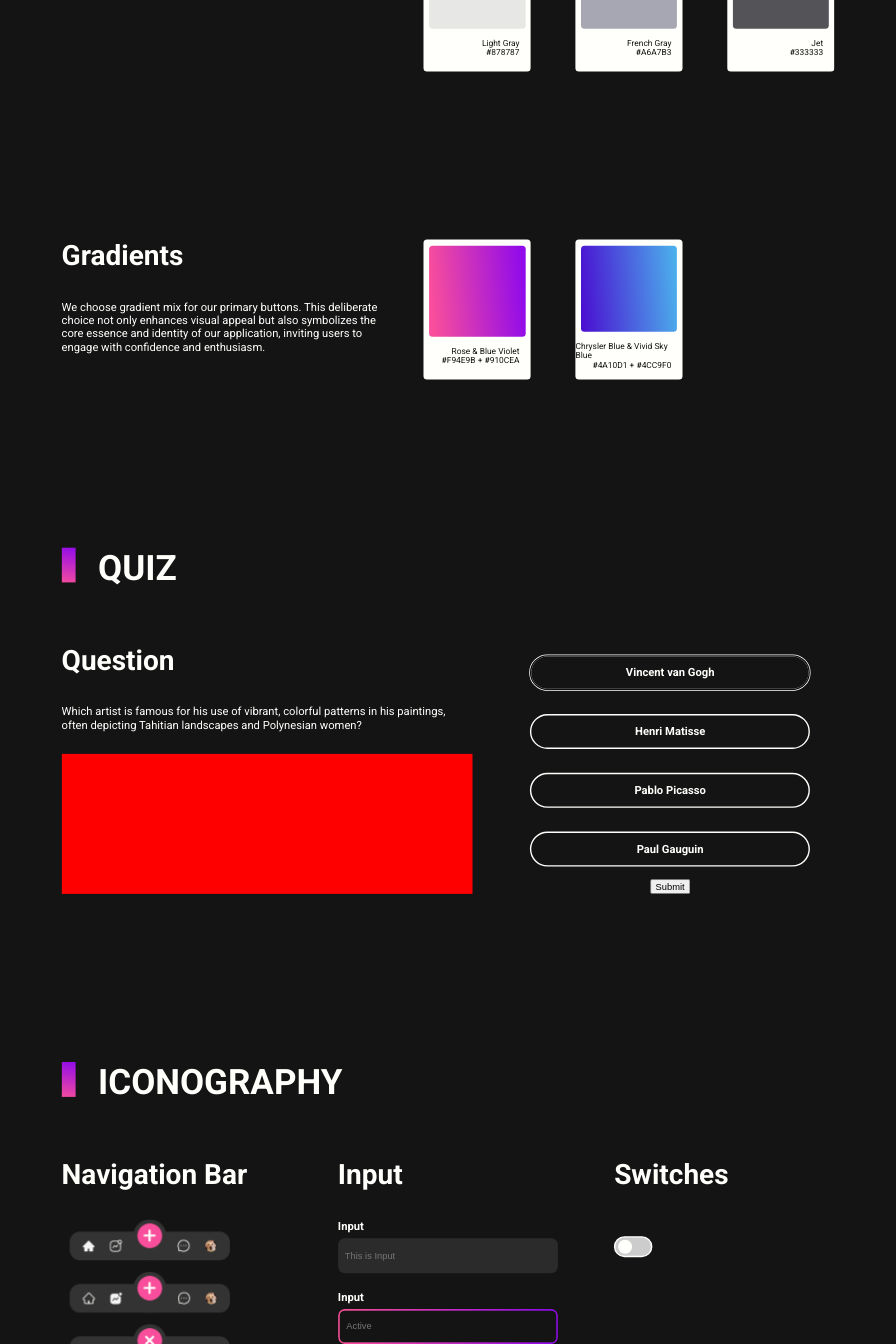
Repository: MonicaNguyenH/artflow_frontend_vanJS
Page: index.html
The author's editor kept a copy of each file at every save. The page is drawn from the files as they stood at one save, then again after the next save.
The browser window is 1280 px wide. The pictures show the part of the page from y = 1720 to 3640 px (the page is 4882 px tall), at 70% of full size.
The first visible `.option` has the focus.
Some web fonts or font styles are not loaded; a fallback is used.

Above is the page before, as saved 2024-05-10 01:26:08.

After the next save:
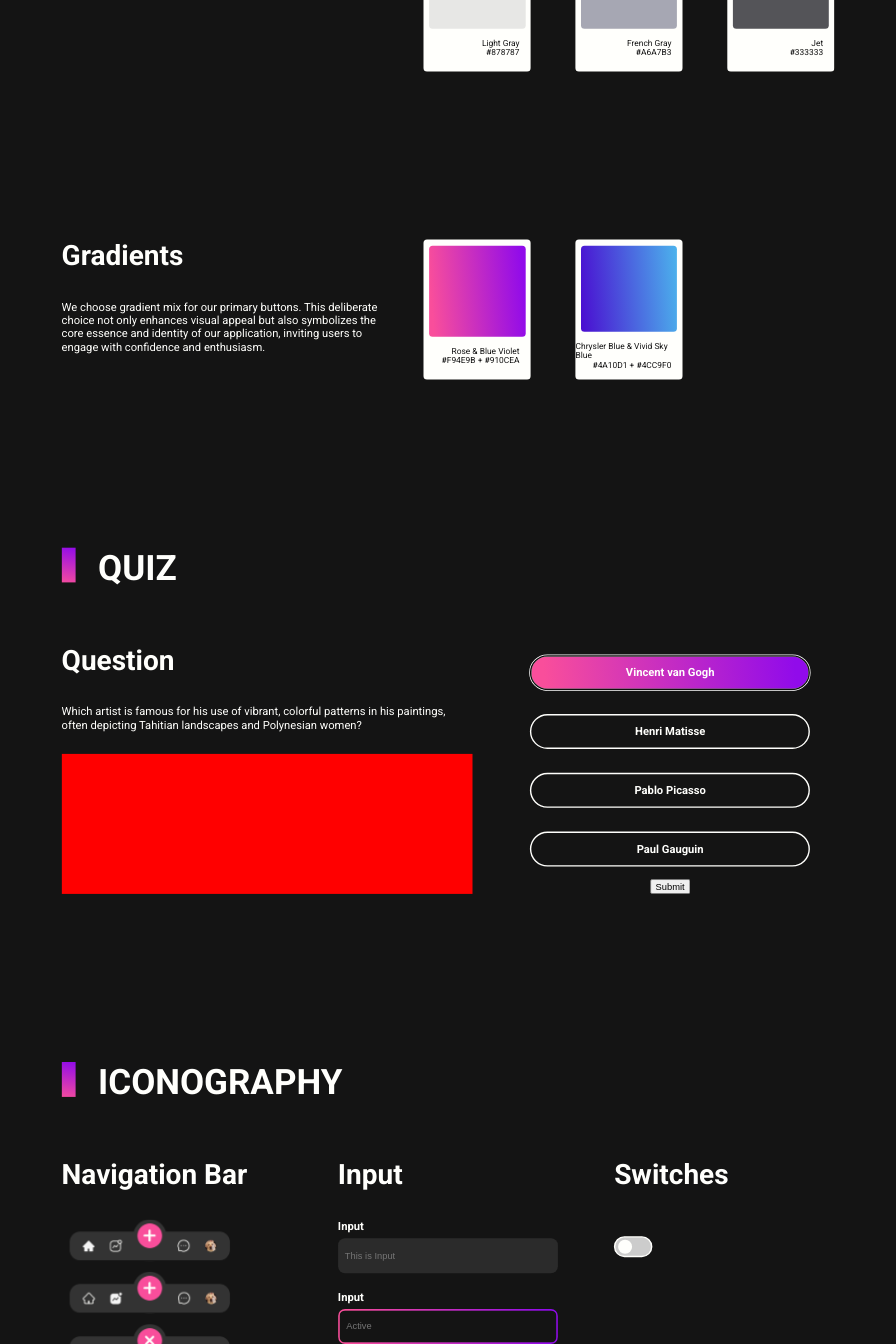
Saved 34 s later.
--- a/css/style.css
+++ b/css/style.css
@@ -780,6 +780,10 @@ input:checked + .slider:before {
     border: 2px solid transparent;
 }
 
+.option:focus {
+    background-image: var(--gradient-rv);
+}
+
 #alert-container {
     margin-top: 2rem;
     width: 100%;
